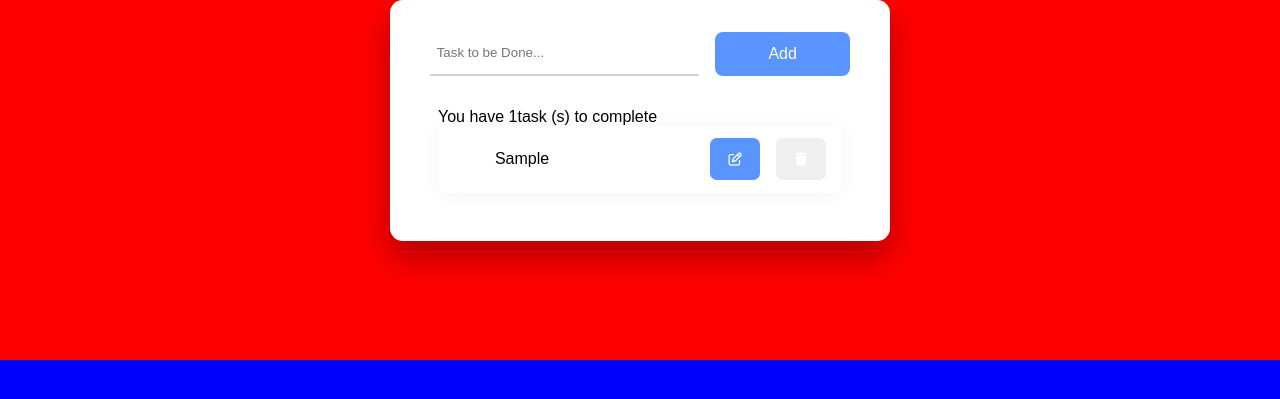
Repository: JunaidAnsari202/Todo-List
Page: index.html
An editor plug-in stored every save of this project. The page is shown before and after a run of saves, followed by the edit.
The browser window is 1280 px wide. The pictures show the whole page.
Empty fields were first filled with sample values (such as "Sample", 5 or name@example.com).
After loading, the first visible `#add-btn` was clicked once.
Some web libraries are served in a nearby version.

Above is the page before, as saved 2023-10-30 22:38:13.

### index.html
<!DOCTYPE html>
<html lang="en">
<head>
    <meta charset="UTF-8">
    <meta name="viewport" content="width=device-width, initial-scale=1.0">
    <title>Document</title>
    <!-- <link rel="shttps://cdnjs.cloudflare.com/ajax/libs/font-awesome/6.4.2/css/all.min.csstylesheet" href=""> -->
    <script src="https://kit.fontawesome.com/78ad4c4e48.js" crossorigin="anonymous"></script>
    <link rel="stylesheet" href="style.css">
</head>
<body>
    <div class="app">
        <div class="container">
            <div id="wrapper">
                <input type="text" placeholder="Task to be Done...">
                <button id="add-btn">Add</button>
            </div>
            <div id="tasks">
                <p id="pending-tasks">You have <span class="count-value">0 </span>task (s) to complete</p>
            </div>
        </div>
        <div id="error">Input cannot be empty</div>
    </div>

    <script src="script.js"></script>
</body>
</html>

### style.css
*{
    margin: 0;
    padding: 0;
    box-sizing: border-box;
}

body{
    height: 100vh;
    background: linear-gradient(red 50%,blue 50%);
}

.app{
    font-family: "poppins", sans-serif;
    position: absolute;
    width: min(95vw , 31.25em);
    margin: auto;
    left: 0;
    right: 0;
}

.container{
    padding: 2em 2.5em;
    background-color: #fff;
    box-shadow: 0 1em 2em rgba(0,0,0,0.3);
    border-radius: 0.8em;

}

#wrapper{
    position: relative;
    display: grid;
    grid-template-columns: 8fr 4fr;
    gap: 1em;
}

#wrapper input{
    width: 100%;
    background-color: transparent;
    color: #111111;
    font-size: 0.9;
    border:none;
    border-bottom: 2px solid #d1d3d4;
    padding: 1em 0.5em;

}

#wrapper input:focus{
    outline: none;
    border-color: #5a95ff;
}

#wrapper button{
    position: relative;
    border-radius: 0.5em;
    font-weight: 500;
    font-size: 1em;
    background-color: #5a95ff;
    border: none;
    outline: none;
    color: #ffffff;
    cursor: pointer;
}
#tasks{
    margin-top: 1em;
    border-radius: 0.5em;
    width: 100%;
    position: relative;
    padding: 1em 0.5em;
}

.task{
    background-color: #ffffff;
    padding: 0.8em 1em;
    display: grid;
    grid-template-columns: 1fr 8fr 2fr 2fr;
    gap: 1em;
    border-radius: 0.5em;
    box-shadow:0 0.05em 1em rgba(0,0,0,0.05) ;
    align-items: center;
    cursor: pointer;
}

.task input[type="checkbox"]{
    position: relative;
    appearance: none;
    height: 20px;
    width: 20px;
    border-radius: 50%;
    border: 2px solid #elelel;
}

.task input[type="checkbox"]:before{
    content: "";
    position: absolute;
    transform: translate(-50%,-50%);
    top: 50%;
    left: 50%;

}

#error{
    text-align: center;
    background-color: #ffffff;
    color: #ff5c5c;
    margin-top: 1.5em;
    padding: 1em 0;
    border-radius: 0.8em;
    display: none;
}

.task input[type="checkbox"]:checked{
    background-color: #5a95ff;
    border-color: #5a95ff;
}

.task input[type="checkbox"]:checked:before{
    position: absolute;
    content: "\f00c";
    color: #ffffff;
    font-size: 0.8em;
    font-family: "font Awesome 5 free";
    font-weight: 900;

}

.task span{
    font: 0.9em;
    font-weight: 400;
    word-break: break-all;
}

.task button{
    color: #ffffff;
    width: 100%;
    padding: 1em 0;
    border-radius: 0.5em;
    border: none;
    cursor: pointer;
    outline: none;
}

.edit{
    background-color: #5a95ff;
}

.delete{
    bac
}

### script.js
let addBtn=document.querySelector("#add-btn");
let newTaskInput=document.querySelector("#wrapper input");
let taskContainer=document.querySelector("#tasks");
let error=document.getElementById("error");
let countValue=document.querySelector(".count-value");
let taskCount=0;

let displayCount=(taskCount)=>{
    countValue.innerText=taskCount;
};

let addTask=()=>{
    let taskName=newTaskInput.value.trim();
    error.style.display="none";
    if(!taskName){
        setTimeout(()=>{
            error.style.display="block";
        },200);
        return;
    }
    let task=`<div class="task">
    <input type="checkbox" class="task-check">
    <span class="taskName">${taskName}</span>

    <button class="edit">
    <i class="fa-regular fa-pen-to-square"></i>
    </button>

    <button class="delete">
    <i class="fa-solid fa-trash"></i>

    </button>
    </div>`;

    taskContainer.insertAdjacentHTML("beforeend",task);

    let deleteButtons=document.querySelectorAll(".delete");
    deleteButtons.forEach((button)=>{
        button.onClick=()=>{
        button.parentNode.removeChild();
        taskCount-=1;
        displayCount(taskCount);
        };
    });

    let editButtons=document.querySelectorAll(".edit");
    editButtons.forEach((editBtn)=>{
        editBtn.onClick=(e)=>{
        let targetElement=e.target;
        if(!(e.target.className=="edit")){
            targetElement=e.target.parentElement;
        }
        newTaskInput.value=targetElement.previousElementSibling?.innerText;
        targetElement.parentNode.remove();
        taskCount-=1;
        displayCount(taskCount);
    };

    });

 let tasksCheck=document.querySelectorAll(".task-check");
 tasksCheck.forEach((checkbox)=>{
    checkbox.onChange=()=>{
        checkbox.nextElementSibling.classList.toggle("completed");
        if(checkbox.checked){
            taskCount-=1;
        }
        else{
            taskCount+=1;
        }
        displayCount(taskCount);
    };
 });
 taskCount+=1;
 displayCount(taskCount);
 newTaskInput.value="";
};

addBtn.addEventListener("click",addTask);

window.onload=()=>{
    taskCount=0;
    displayCount(taskCount);
    newTaskInput.value="";
}

After the next 2 saves:
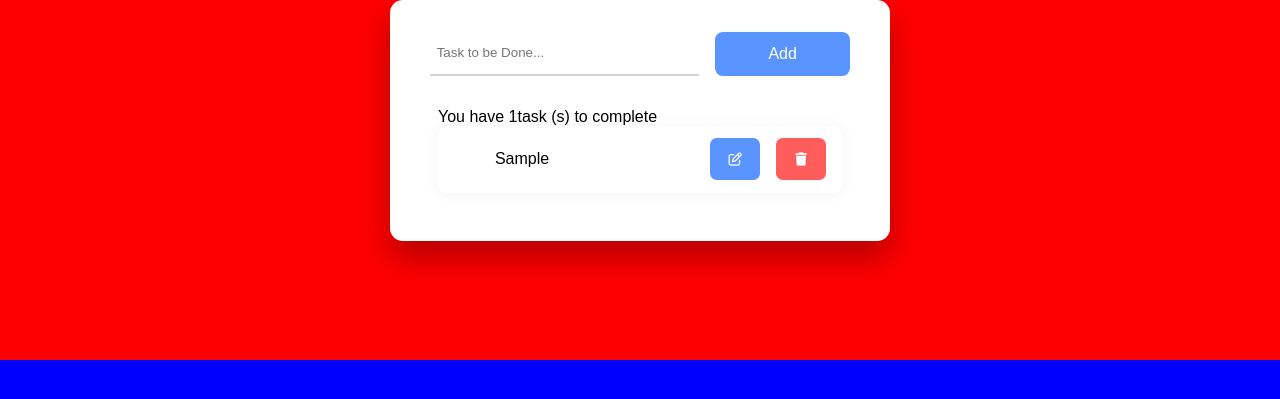
The 2 saves are shown as one change because they came seconds apart.
The last was saved 11 s later.
--- a/style.css
+++ b/style.css
@@ -144,5 +144,5 @@ body{
 }
 
 .delete{
-    bac
+    background-color: #ff5c5c;
 }
